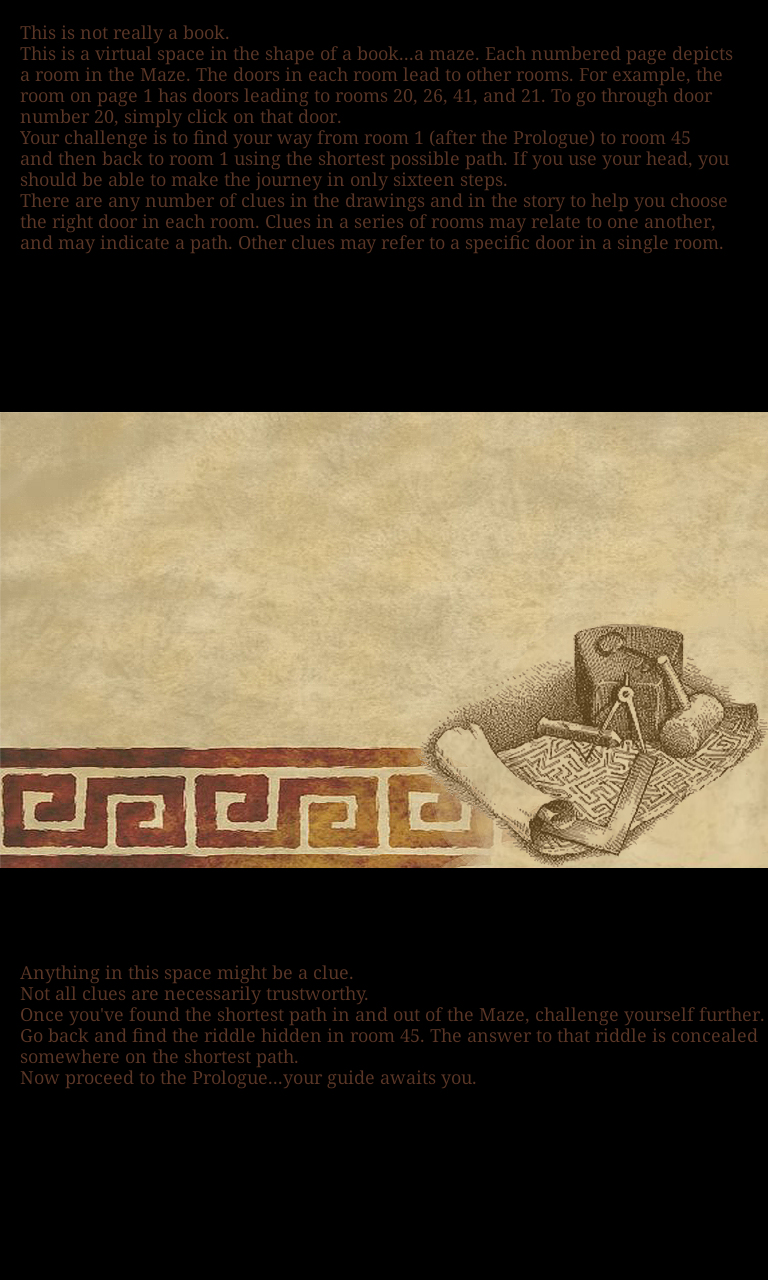
Repository: RandyLedbetter/maze
Layout: MazeTest/res/layout/activity_directions.xml
These files come from the project's save history. The layout is drawn as it stood at one moment and after the next save; the edit follows.
It is drawn on a 768 x 1280 px phone screen (xhdpi) without system bars, with theme android:Theme.NoTitleBar.Fullscreen; the app's code is not run.

Above is the layout before, as saved 2014-04-25 01:22:53.

After the next save:
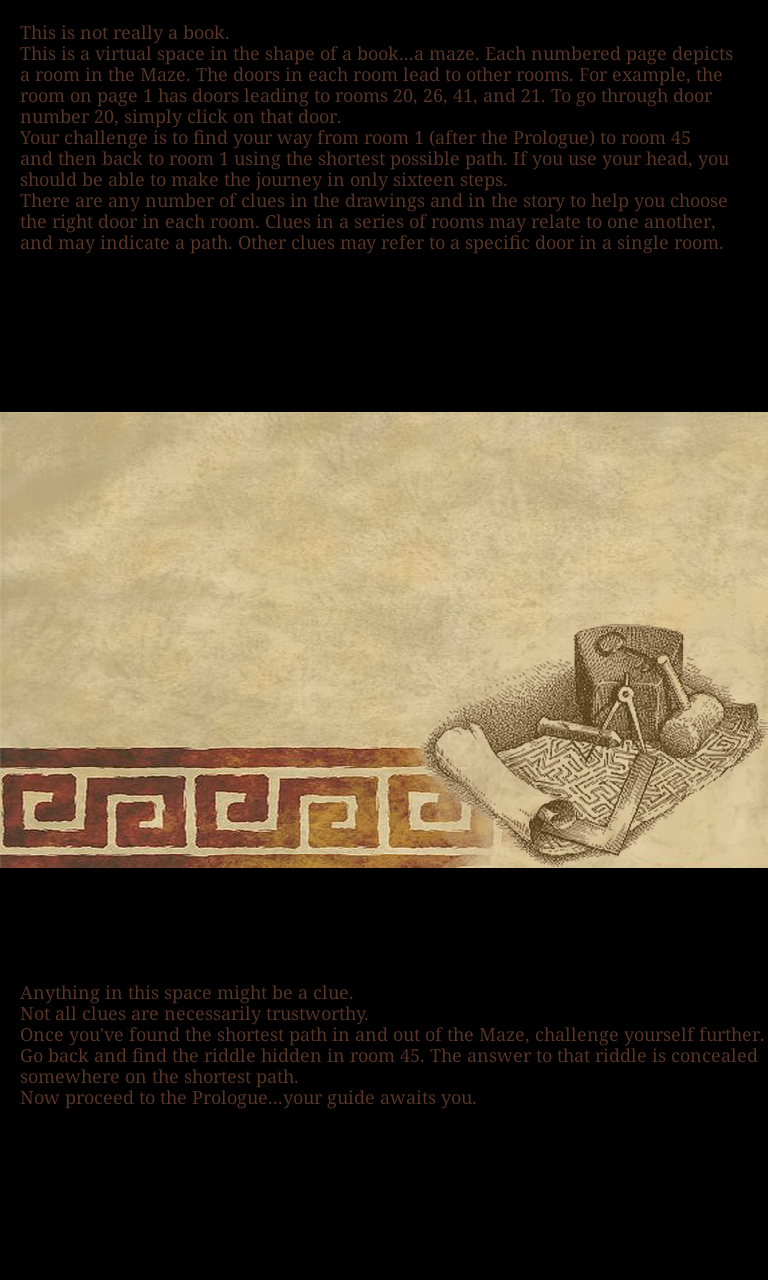
Saved 15 s later.
--- a/MazeTest/res/layout/activity_directions.xml
+++ b/MazeTest/res/layout/activity_directions.xml
@@ -28,7 +28,7 @@
  	    android:layout_width="398dp"
  	    android:layout_height="wrap_content"
  	    android:layout_gravity="bottom"
- 	    android:layout_marginBottom="75dp"
+ 	    android:layout_marginBottom="65dp"
  	    android:padding="10dp"
  	    android:paddingBottom="0dp"
  	    android:text="@string/directions2"

After the save that followed:
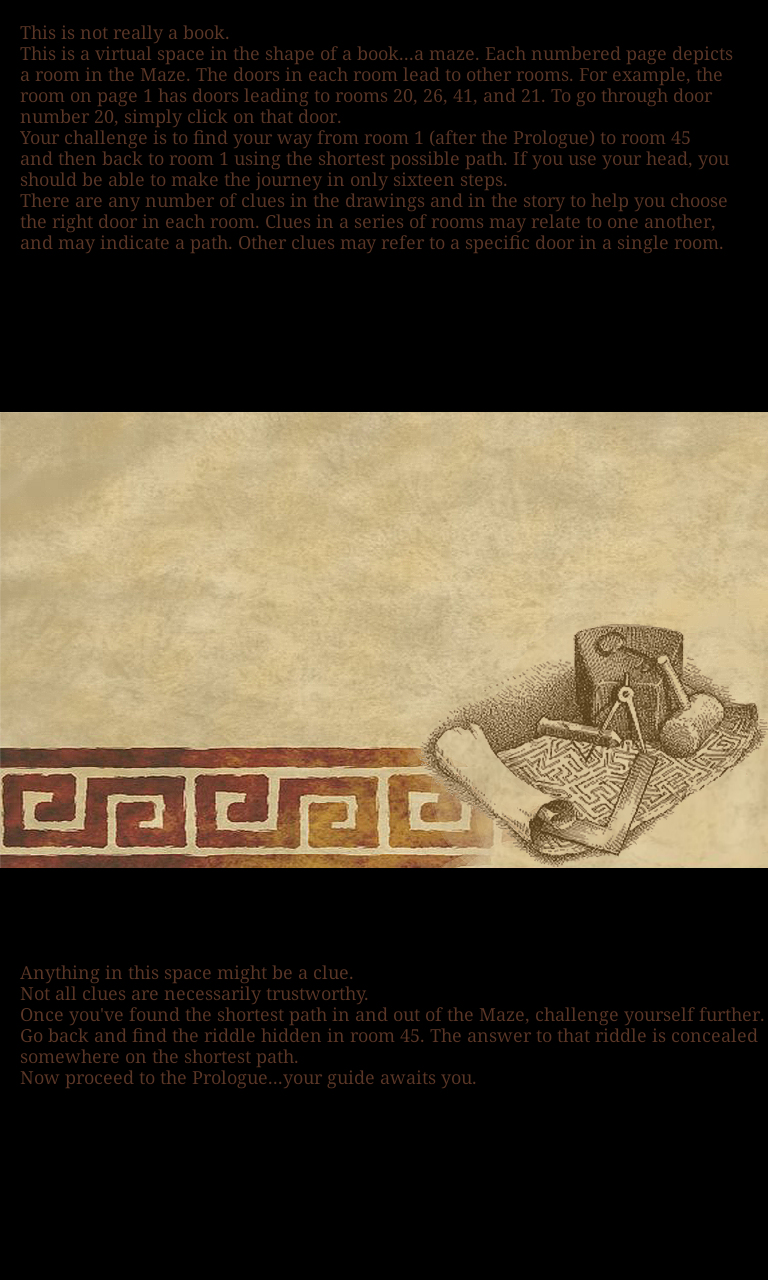
Saved 39 s later.
--- a/MazeTest/res/layout/activity_directions.xml
+++ b/MazeTest/res/layout/activity_directions.xml
@@ -28,7 +28,7 @@
  	    android:layout_width="398dp"
  	    android:layout_height="wrap_content"
  	    android:layout_gravity="bottom"
- 	    android:layout_marginBottom="65dp"
+ 	    android:layout_marginBottom="75dp"
  	    android:padding="10dp"
  	    android:paddingBottom="0dp"
  	    android:text="@string/directions2"
